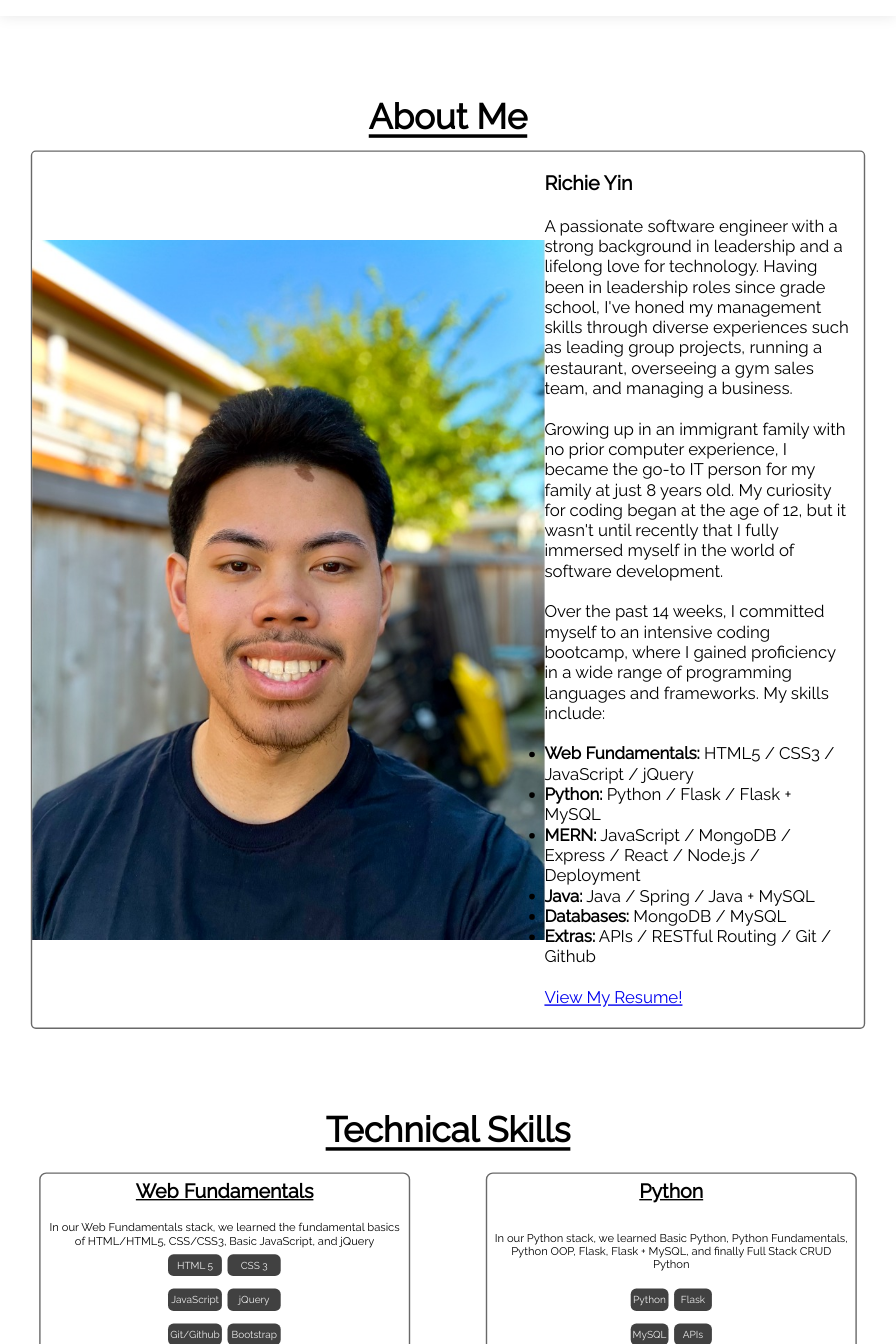
Repository: RICHIE-YIN/Personal-Portfolio
Page: index.html
These files come from the project's save history. The page is drawn as it stood at one moment and after the next save; the edit follows.
The browser window is 1280 px wide. The pictures show the part of the page from y = 697 to 2617 px (the page is 4019 px tall before and 4193 px after), at 70% of full size.
Some web fonts or font styles are not loaded; a fallback is used.

Above is the page before, as saved 2023-06-12 16:47:10.
Console error: ReferenceError: $ is not defined

After the next save:
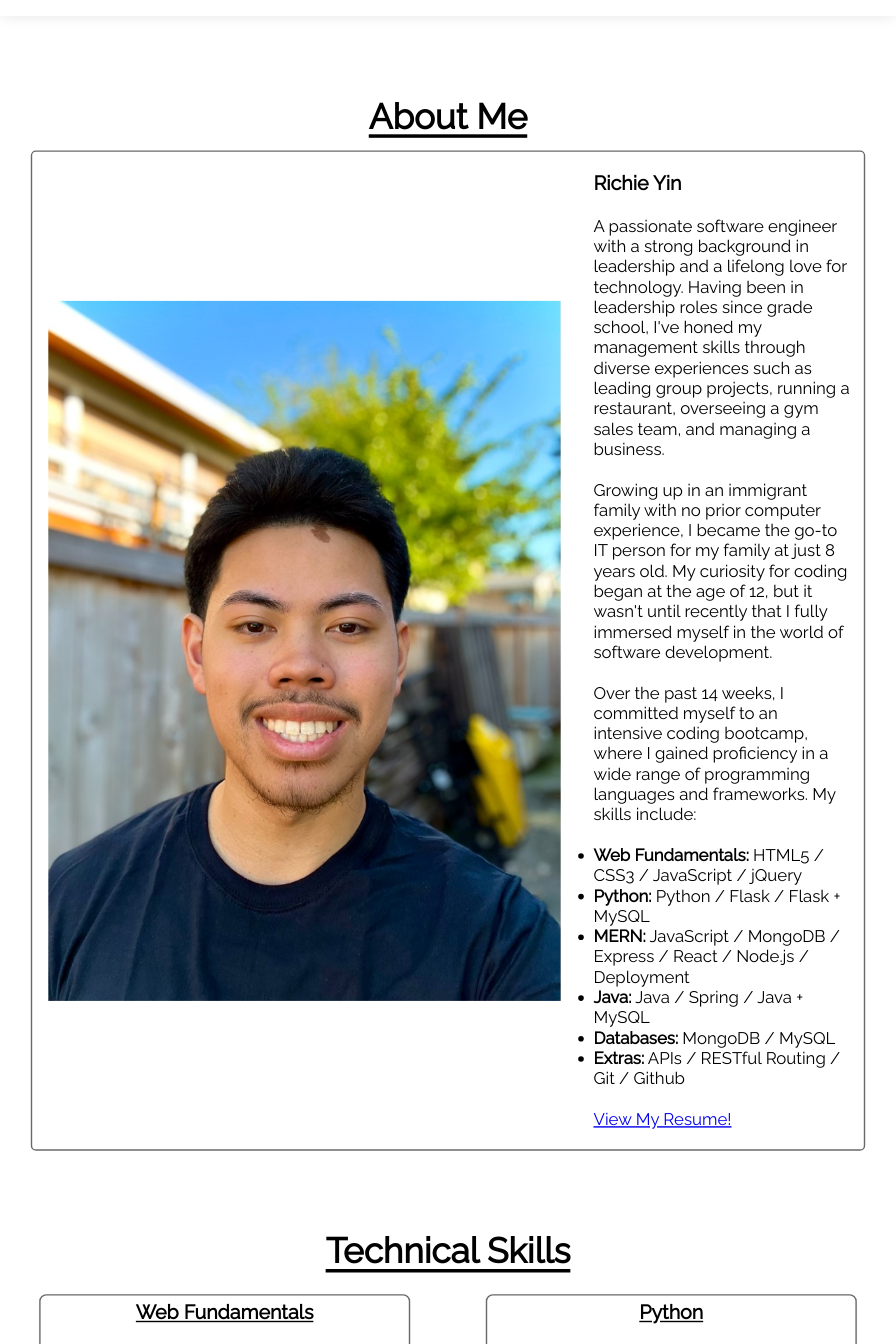
Saved 13 s later.
--- a/styles.css
+++ b/styles.css
@@ -120,6 +120,8 @@ display: none;
 .profile-content img {
     max-width: 100%;
     height: auto;
+    margin-right: 4%;
+    margin-left: 2%;
 }
 
 
